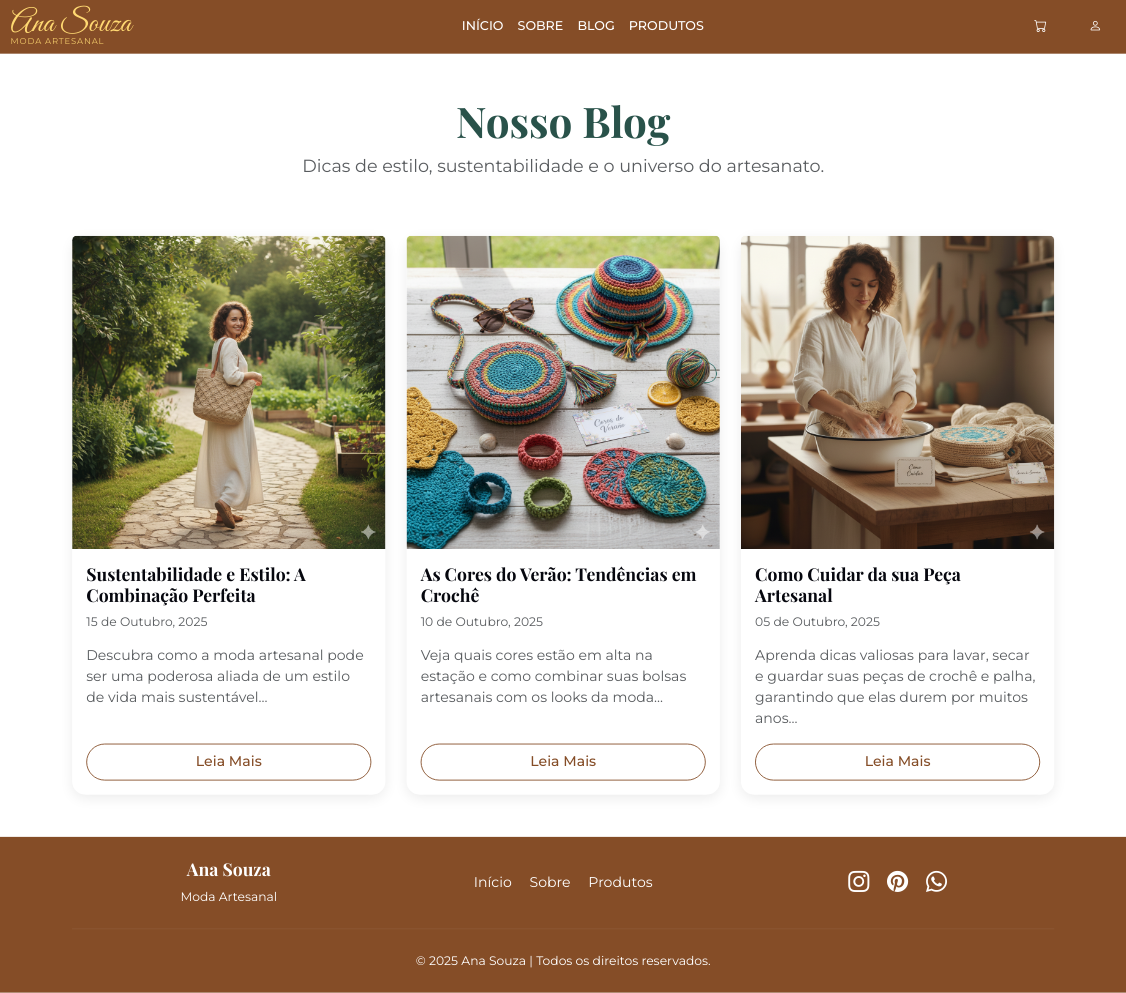
Repository: Lucascsg/projeto-anasouza-frontend
Page: blog.html
These files come from the project's save history. The page is drawn as it stood at one moment and after the next save; the edit follows.
The browser window is 1280 px wide. The pictures show the whole page, at 88% of full size.

Above is the page before, as saved 2025-10-21 18:17:14.

After the next save:
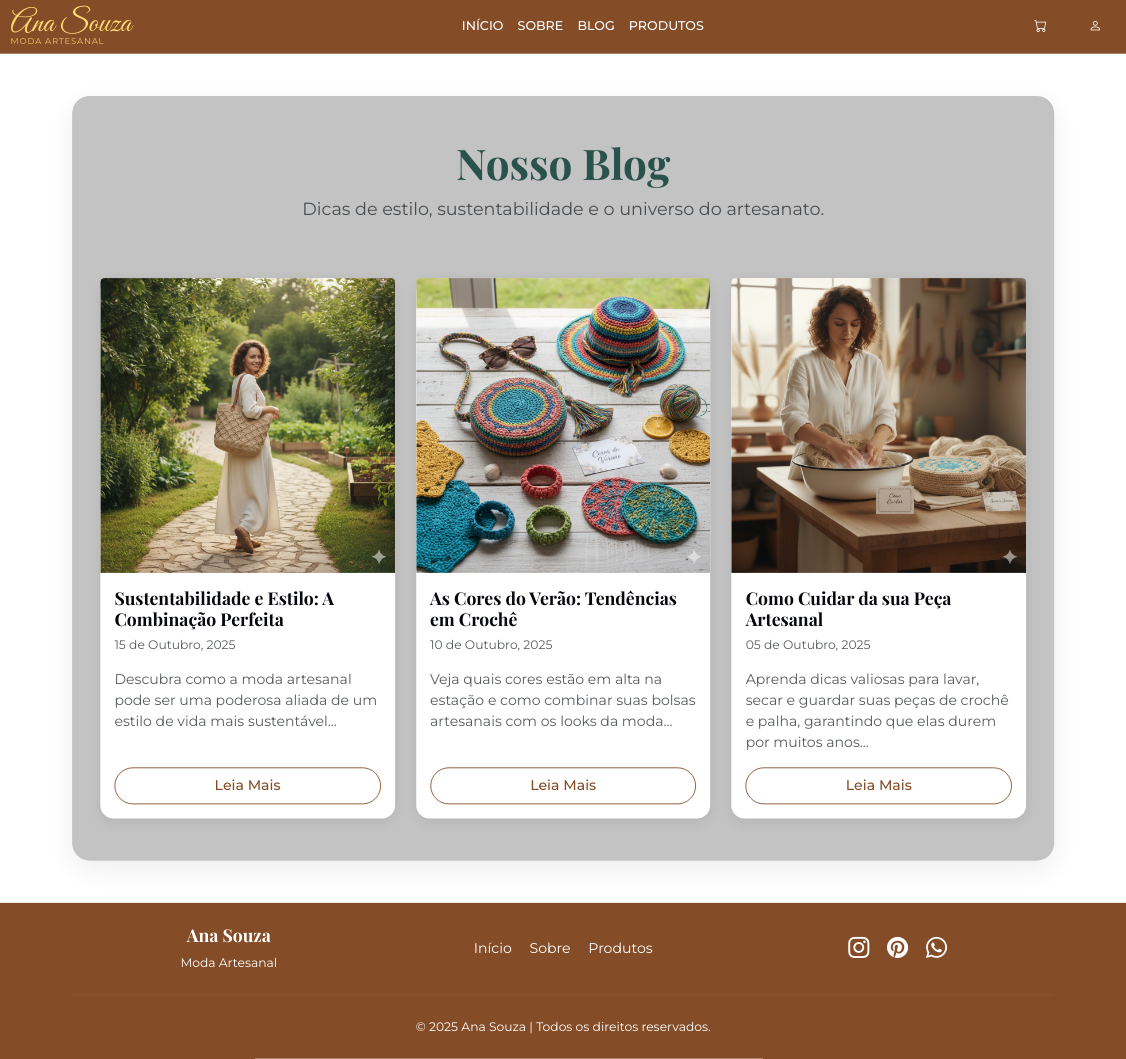
Saved 4 min 59 s later.
--- a/blog.html
+++ b/blog.html
@@ -44,7 +44,8 @@
         </nav>
     </header>
 
-    <main class="container my-5">
+  <main class="container my-5">
+    <div class="section-card">
         <div class="row">
             <div class="col-12 text-center mb-5">
                 <h1 class="display-5 fw-bold">Nosso Blog</h1>
@@ -52,9 +53,9 @@
             </div>
         </div>
 
-        <div class="row gy-4" id="lista-posts"></div>
-
-    </main>
+        <div class="row gy-4" id="lista-posts">
+            </div>
+    </div> </main>
 
     <footer class="py-4 footer-custom">
         <div class="container text-center text-white">
